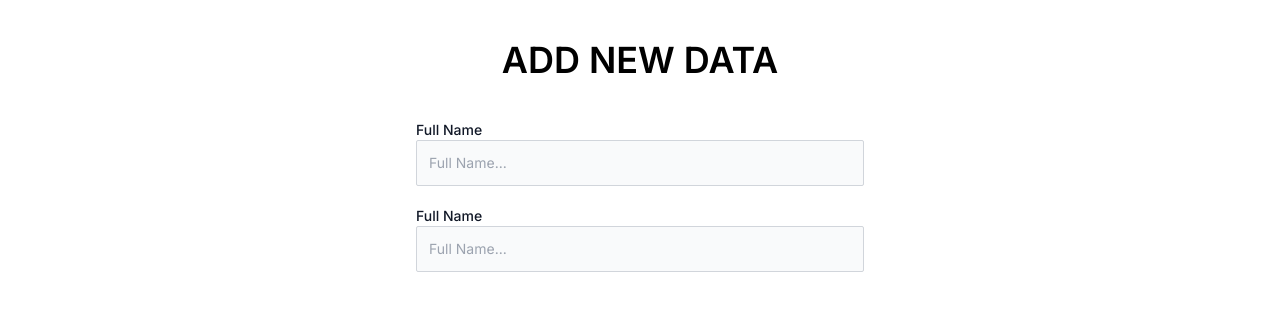
Repository: KilluaProject/crud-nextjs14
Page: /contacts/create
The author's editor kept a copy of each file at every save. The page is drawn from the files as they stood at one save, then again after the next save.
The browser window is 1280 px wide. The pictures show the whole page.
The project was rebuilt for these pictures with package versions that can differ from the ones it lists, and the page was loaded fresh each time. The framework's server and built-in components were replaced by stand-ins that run in the browser. Also part of the build but not shown: next.config.mjs.

Above is the page before, as saved 2024-06-30 14:13:25.

### app/layout.tsx
import type { Metadata } from "next";
import { Inter } from "next/font/google";
import "./globals.css";

const inter = Inter({ subsets: ["latin"] });

export const metadata: Metadata = {
  title: "CRUD Apps",
  description: "Generated by create next app",
};

export default function RootLayout({
  children,
}: Readonly<{
  children: React.ReactNode;
}>) {
  return (
    <html lang="en">
      <body className={inter.className}>{children}</body>
    </html>
  );
}

### app/contacts/create/page.tsx
import CreateForm from '@/components/CreateForm'
import React from 'react'

const CreateContact = () => {
  return (
    <div className='max-w-md m-auto my-10 flex flex-col gap-10 '>
      <h1 className='text-4xl text-center uppercase font-semibold'>
        Add New Data
      </h1>
        <CreateForm/>
    </div>
  )
}

export default CreateContact

### components/CreateForm.tsx
import React from 'react'

const CreateForm = () => {
  return (
    <div>
      <form className='flex flex-col gap-5' action="">
        <div>
          <label htmlFor="name" className='block text-sm font-medium text-gray-900'>Full Name</label>
          <input type="text" name='name' id='name' placeholder='Full Name...' className='bg-gray-50 border border-gray-300 text-gray-900 text-sm rounded-sm focus:ring-blue-500 focus:border-blue-500 block w-full p-3' />
        </div>

        <div>
          <label htmlFor="name" className='block text-sm font-medium text-gray-900'>Full Name</label>
          <input type="text" name='name' id='name' placeholder='Full Name...' className='bg-gray-50 border border-gray-300 text-gray-900 text-sm rounded-sm focus:ring-blue-500 focus:border-blue-500 block w-full p-3' />
        </div>
      </form>
    </div>
  )
}

export default CreateForm

Loaded but not shown: app/globals.css (common file); tailwind.config.ts (common file)

After the next save:
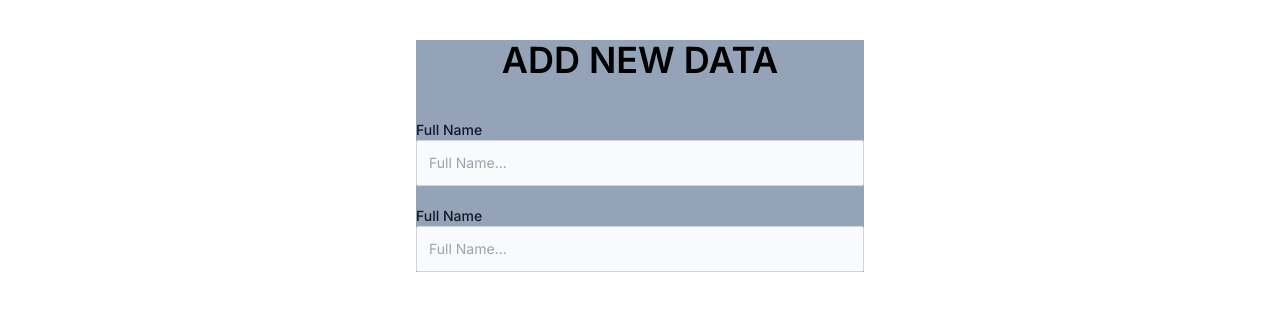
Saved 16 s later.
--- a/app/contacts/create/page.tsx
+++ b/app/contacts/create/page.tsx
@@ -3,7 +3,7 @@
 
 const CreateContact = () => {
   return (
-    <div className='max-w-md m-auto my-10 flex flex-col gap-10 '>
+    <div className='max-w-md m-auto my-10 flex flex-col gap-10 bg-slate-400 '>
       <h1 className='text-4xl text-center uppercase font-semibold'>
         Add New Data
       </h1>

After the save that followed:
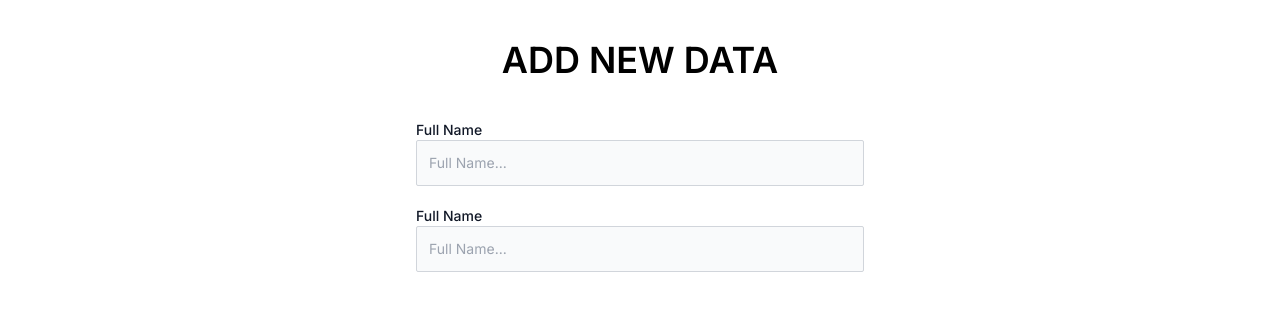
Saved 4 s later.
--- a/app/contacts/create/page.tsx
+++ b/app/contacts/create/page.tsx
@@ -3,7 +3,7 @@
 
 const CreateContact = () => {
   return (
-    <div className='max-w-md m-auto my-10 flex flex-col gap-10 bg-slate-400 '>
+    <div className='max-w-md m-auto my-10 flex flex-col gap-10 '>
       <h1 className='text-4xl text-center uppercase font-semibold'>
         Add New Data
       </h1>
